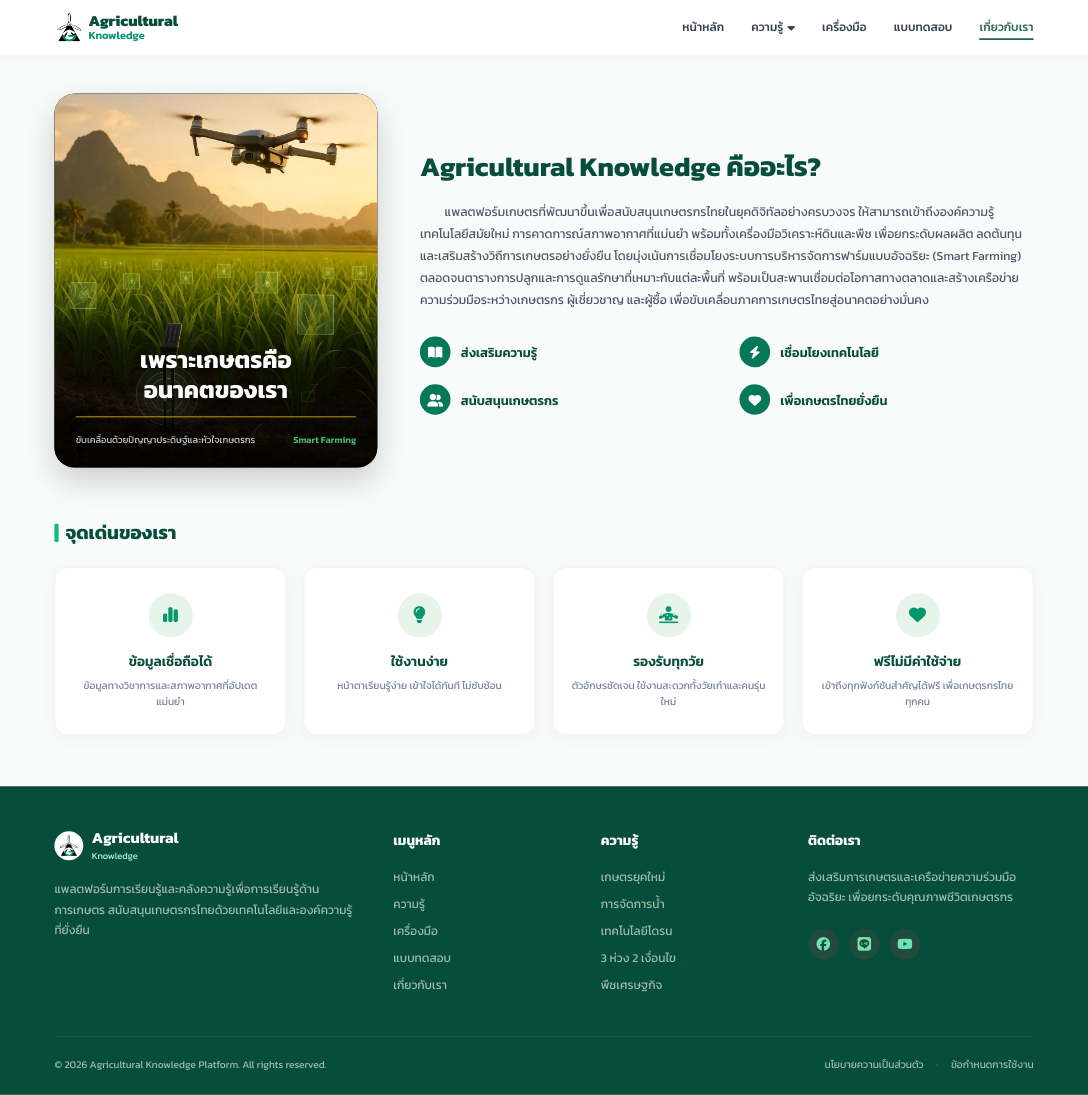
Repository: nuwat-wa/Project-WebdesignAG
Page: ag2.html
An editor plug-in stored every save of this project. The page is shown before and after the next save, followed by the edit.
The browser window is 1280 px wide. The pictures show the whole page, at 85% of full size.

Above is the page before, as saved 2026-10-03 21:48:36.

### ag2.html
<!doctype html>
<html lang="en">
  <head>
    <meta charset="UTF-8" />
    <meta name="viewport" content="width=device-width, initial-scale=1.0" />
    <title>Agricultural Knowledge</title>
    <link
      rel="stylesheet"
      href="https://cdnjs.cloudflare.com/ajax/libs/font-awesome/6.7.2/css/all.min.css"
    />
    <link rel="stylesheet" href="style/ag2.css" />
  </head>
  <body>
    <header class="header">
      <div class="logo">
        <div class="logo-icon">
          <img src="/img/icon.png" alt="icon">
        </div>
        <div class="brand-text">
          <h1 class="title">Agricultural</h1>
          <span class="subtitle">Knowledge</span>
        </div>
      </div>

      <input type="checkbox" id="menu-toggle" class="menu-toggle" />

      <label for="menu-toggle" class="hamburger">
        <span></span>
        <span></span>
        <span></span>
      </label>

      <nav class="nav-links">
        <a href="index.html">หน้าหลัก</a>

        <div class="dropdown-hover">
          <a href="#" class="dropdown-btn"
            >ความรู้ <i class="fa-solid fa-caret-down"></i
          ></a>

          <div class="menu-level1">
            <!-- มือใหม่ -->
            <div class="menu-item-has-children">
              <a href="#">มือใหม่ <i class="fa-solid fa-caret-right"></i></a>
              <div class="menu-level2">
                <a href="ag4.html">เกษตรสมัยใหม่</a>
                <a href="ag5.html">ปลูกข้าว</a>
                <a href="ag6.html">พืชสวน</a>
                <a href="ag7.html">พืชไร่</a>
                <a href="ag8.html">ปลูกผัก</a>
                <a href="ag9.html">การเตรียมดิน</a>
                <a href="#">การเลือกปุ๋ย</a>
                <a href="#">โรคศัตรูพืช</a>
              </div>
            </div>

            <!-- ผู้มีพื้นฐาน -->
            <div class="menu-item-has-children">
              <a href="#"
                >ผู้มีพื้นฐาน <i class="fa-solid fa-caret-right"></i
              ></a>
              <div class="menu-level2">
                <a href="#">เทคโนโลยีการเกษตร</a>
                <a href="#">การวางแผนการผลิต</a>
                <a href="#">AI / Big Data</a>
                <a href="ag10.html">ระบบน้ำอัจฉริยะ</a>
                <a href="#">การจัดการต้นทุน</a>
              </div>
            </div>

            <a href="ag3.html">หลักการพอเพียง</a>
            <a href="#">เรื่องเล่า</a>
            <a href="#">บทความ</a>
          </div>
        </div>

        <a href="#">เครื่องมือ</a>
        <a href="#">แบบทดสอบ</a>
        <a href="ag2.html" class="active">เกี่ยวกับเรา</a>
      </nav>
    </header>

    <div class="container">
      <section class="about-section">
        <!-- Left Poster/Card -->
        <div class="poster-card">
          <div class="poster-content">
            <div class="plant-illustration">
              <img src="img/ana.png" alt="เทคโนโลยีการเกษตร" />
            </div>

            <div class="poster-overlay"></div>

            <div class="poster-text">
              <h2 class="poster-title">
                เพราะเกษตรคือ<br />
                อนาคตของเรา
              </h2>

              <span class="poster-line"></span>

              <div class="poster-footer">
                <span class="sub-text">
                  ขับเคลื่อนด้วยปัญญาประดิษฐ์และหัวใจเกษตรกร
                </span>

                <span class="badge">Smart Farming</span>
              </div>
            </div>
          </div>
        </div>

        <!-- Right Content Info -->
        <div class="info-content">
          <h1 class="main-title">
            Agricultural Knowledge <span>คืออะไร?</span>
          </h1>
          <p class="description">
            แพลตฟอร์มเกษตรที่พัฒนาขึ้นเพื่อสนับสนุนเกษตรกรไทยในยุคดิจิทัลอย่างครบวงจร
            ให้สามารถเข้าถึงองค์ความรู้ เทคโนโลยีสมัยใหม่
            การคาดการณ์สภาพอากาศที่แม่นยำ พร้อมทั้งเครื่องมือวิเคราะห์ดินและพืช
            เพื่อยกระดับผลผลิต ลดต้นทุน และเสริมสร้างวิถีการเกษตรอย่างยั่งยืน
            โดยมุ่งเน้นการเชื่อมโยงระบบการบริหารจัดการฟาร์มแบบอัจฉริยะ (Smart
            Farming) ตลอดจนตารางการปลูกและการดูแลรักษาที่เหมาะกับแต่ละพื้นที่
            พร้อมเป็นสะพานเชื่อมต่อโอกาสทางตลาดและสร้างเครือข่ายความร่วมมือระหว่างเกษตรกร
            ผู้เชี่ยวชาญ และผู้ซื้อ
            เพื่อขับเคลื่อนภาคการเกษตรไทยสู่อนาคตอย่างมั่นคง
          </p>

          <!-- Feature List 2x2 Grid -->
          <div class="feature-grid">
            <div class="feature-item">
              <div class="icon-circle">
                <i class="fa-solid fa-book-open"></i>
              </div>
              <span>ส่งเสริมความรู้</span>
            </div>
            <div class="feature-item">
              <div class="icon-circle">
                <i class="fa-solid fa-bolt"></i>
              </div>
              <span>เชื่อมโยงเทคโนโลยี</span>
            </div>
            <div class="feature-item">
              <div class="icon-circle">
                <i class="fa-solid fa-user-group"></i>
              </div>
              <span>สนับสนุนเกษตรกร</span>
            </div>
            <div class="feature-item">
              <div class="icon-circle">
                <i class="fa-solid fa-heart"></i>
              </div>
              <span>เพื่อเกษตรไทยยั่งยืน</span>
            </div>
          </div>
        </div>
      </section>

      <section class="highlights-section">
        <h2 class="section-title">จุดเด่นของเรา</h2>

        <div class="cards-grid">
          <!-- Card 1 -->
          <div class="highlight-card">
            <div class="card-icon-bg">
              <i class="fa-solid fa-chart-simple"></i>
            </div>
            <h3>ข้อมูลเชื่อถือได้</h3>
            <p>ข้อมูลทางวิชาการและสภาพอากาศที่อัปเดตแม่นยำ</p>
          </div>

          <!-- Card 2 -->
          <div class="highlight-card">
            <div class="card-icon-bg">
              <i class="fa-solid fa-lightbulb"></i>
            </div>
            <h3>ใช้งานง่าย</h3>
            <p>หน้าตาเรียนรู้ง่าย เข้าใจได้ทันที ไม่ซับซ้อน</p>
          </div>

          <!-- Card 3 -->
          <div class="highlight-card">
            <div class="card-icon-bg">
              <i class="fa-solid fa-person-dots-from-line"></i>
            </div>
            <h3>รองรับทุกวัย</h3>
            <p>ตัวอักษรชัดเจน ใช้งานสะดวกทั้งวัยเก๋าและคนรุ่นใหม่</p>
          </div>

          <!-- Card 4 -->
          <div class="highlight-card">
            <div class="card-icon-bg">
              <i class="fa-solid fa-heart"></i>
            </div>
            <h3>ฟรีไม่มีค่าใช้จ่าย</h3>
            <p>เข้าถึงทุกฟังก์ชันสำคัญได้ฟรี เพื่อเกษตรกรไทยทุกคน</p>
          </div>
        </div>
      </section>
    </div>

    <footer class="site-footer">
      <div class="footer-top">
        <div class="footer-about">
          <div class="footer-logo">
            <span class="footer-logo-icon"><img src="img/icon.png" alt="icon"></span>

            <div>
              <strong>Agricultural</strong>
              <small>Knowledge</small>
            </div>
          </div>

          <p>
            แพลตฟอร์มการเรียนรู้และคลังความรู้เพื่อการเรียนรู้ด้านการเกษตร
            สนับสนุนเกษตรกรไทยด้วยเทคโนโลยีและองค์ความรู้ที่ยั่งยืน
          </p>
        </div>

        <div class="footer-column">
          <h3>เมนูหลัก</h3>

          <ul>
            <li><a href="home.html">หน้าหลัก</a></li>
            <li><a href="knowledge.html">ความรู้</a></li>
            <li><a href="tools.html">เครื่องมือ</a></li>
            <li><a href="quiz.html">แบบทดสอบ</a></li>
            <li><a href="about.html">เกี่ยวกับเรา</a></li>
          </ul>
        </div>

        <div class="footer-column">
          <h3>ความรู้</h3>

          <ul>
            <li><a href="modern-farming.html">เกษตรยุคใหม่</a></li>
            <li><a href="water.html">การจัดการน้ำ</a></li>
            <li><a href="drone.html">เทคโนโลยีโดรน</a></li>
            <li><a href="sufficiency.html">3 ห่วง 2 เงื่อนไข</a></li>
            <li><a href="crops.html">พืชเศรษฐกิจ</a></li>
          </ul>
        </div>

        <div class="footer-contact">
          <h3>ติดต่อเรา</h3>

          <p>
            ส่งเสริมการเกษตรและเครือข่ายความร่วมมืออัจฉริยะ
            เพื่อยกระดับคุณภาพชีวิตเกษตรกร
          </p>

          <div class="footer-social">
            <a href="#" aria-label="Facebook"><i class="fa-brands fa-facebook"></i></a>
            <a href="#" class="social-line" aria-label="LINE"><i class="fa-brands fa-line"></i></a>
            <a href="#" aria-label="YouTube"><i class="fa-brands fa-youtube"></i></a>
          </div>
        </div>
      </div>

      <div class="footer-bottom">
        <p>© 2026 Agricultural Knowledge Platform. All rights reserved.</p>

        <div class="footer-policy">
          <a href="privacy.html">นโยบายความเป็นส่วนตัว</a>
          <span>·</span>
          <a href="terms.html">ข้อกำหนดการใช้งาน</a>
        </div>
      </div>
    </footer>
  </body>
</html>

### style/ag2.css
@import url("https://fonts.googleapis.com/css2?family=Kanit:wght@300;400;500;600;700;800&display=swap");

* {
  margin: 0;
  padding: 0;
  box-sizing: border-box;
  font-family: "Kanit", sans-serif;
}

html {
  scroll-behavior: smooth;
  scrollbar-width: none;
}

html::-webkit-scrollbar {
  display: none;
}

body {
  background: #f8fbf9;
  color: #111827;
  overflow-x: hidden;
}

/* header */
.header {
  position: fixed;
  top: 0;
  left: 0;
  z-index: 1000;
  width: 100%;
  height: 65px;
  padding: 0 5%;
  background: #fff;
  display: flex;
  align-items: center;
  justify-content: space-between;
  box-shadow: 0 2px 10px rgba(0, 0, 0, 0.05);
}

.logo {
  display: flex;
  align-items: center;
  gap: 5px;
}

.logo-icon img {
  width: 35px;
  height: 35px;
  display: flex;
  align-items: center;
  justify-content: center;
}

.brand-text {
  display: flex;
  flex-direction: column;
}

.title {
  color: #064e3b;
  font-size: 18px;
  font-weight: 800;
  line-height: 0.95;
}

.subtitle {
  margin-top: 2px;
  color: #059669;
  font-size: 13px;
  font-weight: 600;
  line-height: 1.1;
}

/* nav */
.nav-links {
    display: grid;
    grid-template-columns: repeat(5, auto);
    align-items: center;
    justify-content: end;
    gap: 32px;
}

.nav-links > a,
.dropdown-btn {
    position: relative;
    display: inline-flex;
    align-items: center;
    justify-content: center;
    gap: 5px;
    margin: 0;
    padding: 4px 0;
    border: 0;
    background: none;
    color: #374151;
    text-decoration: none;
    font-family: "Kanit", sans-serif;
    font-size: 14px;
    font-weight: 500;
    white-space: nowrap;
    cursor: pointer;
    transition: color 0.2s;
}

.nav-links > a::after,
.dropdown-btn::after {
    content: "";
    position: absolute;
    left: 0;
    bottom: 0;
    width: 100%;
    height: 2px;
    background: #196738;
    transform: scaleX(0);
    transform-origin: center;
    transition: transform 0.2s ease;
}

.nav-links > a:hover,
.nav-links > a.active,
.dropdown-btn:hover {
    color: #2d6a4f;
}

.nav-links > a:hover::after,
.nav-links > a.active::after,
.dropdown-btn:hover::after {
    transform: scaleX(1);
}

/* dropdown */
.dropdown-hover {
  position: relative;
}

.menu-level1,
.menu-level2 {
  position: absolute;
  display: none;
  min-width: 180px;
  padding: 0;
  background: #fff;
  border-radius: 8px;
  box-shadow: 0 4px 12px rgba(0, 0, 0, 0.15);
}

.menu-level1 {
  top: 100%;
  left: 0;
  border-left: 4px solid #2d6a4f;
}

.menu-level2 {
  top: 0;
  left: 100%;
  border-left: 4px solid #28a745;
}

.dropdown-hover:hover > .menu-level1,
.menu-item-has-children:hover > .menu-level2 {
  display: block;
}

.menu-item-has-children {
  position: relative;
}

.menu-level1 a,
.menu-level2 a {
  width: 100%;
  margin: 0 !important;
  padding: 10px 20px !important;
  display: flex !important;
  align-items: center;
  justify-content: space-between;
  color: #333;
  text-decoration: none;
  border-radius: 8px;
}

.menu-level1 a:hover,
.menu-level2 a:hover {
  background: #f0f4f8;
  color: #2d6a4f;
}

/* mobile menu */
.menu-toggle {
  display: none;
}

.hamburger {
  display: none;
}

/* main container */
.container {
  width: 100%;
  max-width: none;
  margin: 0;
  padding: 110px 5% 60px;
}

/* about */
.about-section {
  display: flex;
  align-items: center;
  gap: 50px;
  margin-bottom: 60px;
}

.poster-card {
  width: 380px;
  height: 440px;
  flex-shrink: 0;
  position: relative;
  overflow: hidden;
  border-radius: 24px;
  background: #08140e;
  box-shadow: 0 15px 35px rgba(0, 0, 0, 0.18);
}

.poster-content {
  position: relative;
  width: 100%;
  height: 100%;
}

.plant-illustration {
  position: absolute;
  inset: 0;
  width: 100%;
  height: 100%;
  overflow: hidden;
}

.plant-illustration img {
  width: 100%;
  height: 100%;
  object-fit: cover;
  display: block;
}

.poster-overlay {
  position: absolute;
  inset: 0;
  background: linear-gradient(
    to bottom,
    rgba(0, 0, 0, 0) 35%,
    rgba(0, 0, 0, 0.15) 50%,
    rgba(0, 0, 0, 0.85) 100%
  );
  z-index: 1;
}

.poster-text {
  position: absolute;
  left: 25px;
  right: 25px;
  bottom: 25px;
  z-index: 2;
  text-align: center;
}

.poster-title {
  margin: 0;
  color: #fff;
  font-size: 28px;
  font-weight: 700;
  line-height: 1.25;
  text-shadow: 0 2px 5px rgba(0, 0, 0, 0.6);
}

.poster-line {
  display: block;
  width: 100%;
  height: 1px;
  margin: 14px auto 18px;
  background: #facc15;
  border-radius: 10px;
}

.poster-footer {
  display: flex;
  align-items: center;
  justify-content: space-between;
  color: #d1d5db;
  font-size: 11px;
}

.poster-footer .badge {
  color: #48bb78;
  font-weight: 600;
}

/* about information */
.info-content {
  flex: 1;
  min-width: 0;
}

.main-title {
  margin-bottom: 16px;
  color: #064e3b;
  font-size: 32px;
  font-weight: 700;
}

.main-title span {
  color: #064e3b;
}

.description {
  margin-bottom: 30px;
  color: #4a5568;
  font-size: 14.5px;
  line-height: 1.8;
  text-indent: 2em;
}

/* feature */
.feature-grid {
  display: grid;
  grid-template-columns: 1fr 1fr;
  gap: 20px 30px;
}

.feature-item {
  display: flex;
  align-items: center;
  gap: 12px;
  color: #064e3b;
  font-size: 15px;
  font-weight: 600;
}

.icon-circle {
  width: 36px;
  height: 36px;
  flex-shrink: 0;
  border-radius: 50%;
  background: #047857;
  color: #fff;
  display: flex;
  align-items: center;
  justify-content: center;
  font-size: 15px;
}

/* highlights */
.highlights-section {
  margin-top: 20px;
}

.section-title {
  display: flex;
  align-items: center;
  gap: 8px;
  margin-bottom: 24px;
  color: #064e3b;
  font-size: 22px;
  font-weight: 700;
}

.section-title::before {
  content: "";
  width: 5px;
  height: 22px;
  background: #10b981;
  border-radius: 4px;
}

.cards-grid {
  display: grid;
  grid-template-columns: repeat(4, 1fr);
  gap: 20px;
}

.highlight-card {
  padding: 30px 20px;
  background: #fff;
  border: 1px solid #edf2f7;
  border-radius: 16px;
  text-align: center;
  box-shadow: 0 4px 20px rgba(0, 0, 0, 0.04);
  transition: 0.2s;
}

.highlight-card:hover {
  transform: translateY(-5px);
  box-shadow: 0 8px 25px rgba(0, 0, 0, 0.08);
}

.card-icon-bg {
  width: 52px;
  height: 52px;
  margin: 0 auto 16px;
  border-radius: 50%;
  background: #e6f4ea;
  color: #059669;
  display: flex;
  align-items: center;
  justify-content: center;
  font-size: 20px;
}

.highlight-card h3 {
  margin-bottom: 8px;
  color: #064e3b;
  font-size: 16px;
  font-weight: 600;
}

.highlight-card p {
  color: #718096;
  font-size: 12px;
  line-height: 1.5;
}

/* footer */
.site-footer {
  width: 100%;
  padding: 50px 5% 25px;
  background: #064e3b;
  color: #a4bdb0;
  font-size: 14px;
  line-height: 1.7;
}

.site-footer a {
  color: #a4bdb0;
  text-decoration: none;
}

.site-footer a:hover {
  color: #65dfb0;
}

.footer-top,
.footer-bottom {
  width: 100%;
  max-width: none;
  margin: 0;
}

.footer-top {
  display: flex;
  justify-content: space-between;
  gap: 45px;
}

.footer-about {
  flex: 1.6;
  min-width: 0;
}

.footer-column {
  flex: 0.9;
  min-width: 0;
}

.footer-contact {
  flex: 1.2;
  min-width: 0;
}

.footer-logo {
  display: flex;
  align-items: center;
  gap: 10px;
  margin-bottom: 20px;
}

.footer-logo-icon {
  width: 34px;
  height: 34px;
  display: flex;
  align-items: center;
  justify-content: center;
  background: white;
  border-radius: 50%;
  font-size: 20px;
}

.footer-logo-icon img {
  width: 26px;
  height: 26px;
  display: flex;
  align-items: center;
  justify-content: center;
}

.footer-logo strong {
  display: block;
  color: white;
  font-size: 18px;
  line-height: 1.2;
}

.footer-logo small {
  display: block;
  color: #b3ffe1;
  font-size: 11px;
}

.site-footer h3 {
  margin-bottom: 18px;
  color: #fff;
  font-size: 16px;
}

.site-footer ul {
  padding: 0;
  list-style: none;
}

.site-footer li {
  margin-bottom: 8px;
}

.footer-social {
  display: flex;
  gap: 12px;
  margin-top: 25px;
}

.footer-social a {
  width: 36px;
  height: 36px;
  border-radius: 50%;
  background: #224b3b;
  color: #6ce4b6 !important;
  display: flex;
  align-items: center;
  justify-content: center;
  font-size: 16px;
}

.footer-social a:hover {
  background: #30634e;
}

.footer-bottom {
  display: flex;
  align-items: center;
  justify-content: space-between;
  gap: 20px;
  margin-top: 40px;
  padding-top: 22px;
  border-top: 1px solid #2b5140;
  font-size: 12px;
}

.footer-policy {
  display: flex;
  gap: 15px;
}

/* responsive */
@media (max-width: 768px) {
  /* header */
  .header {
    height: 60px;
    padding: 0 5%;
  }

  /* hamburger */
  .hamburger {
    width: 38px;
    height: 38px;
    display: flex;
    align-items: center;
    justify-content: center;
    flex-direction: column;
    gap: 5px;
    cursor: pointer;
  }

  .hamburger span {
    width: 22px;
    height: 2px;
    background: #064e3b;
    border-radius: 5px;
    transition: 0.25s;
  }

  .menu-toggle:checked + .hamburger span:nth-child(1) {
    transform: translateY(7px) rotate(45deg);
  }

  .menu-toggle:checked + .hamburger span:nth-child(2) {
    opacity: 0;
  }

  .menu-toggle:checked + .hamburger span:nth-child(3) {
    transform: translateY(-7px) rotate(-45deg);
  }

  /* navigation */
  .nav-links {
    position: absolute;
    top: 60px;
    left: 0;
    width: 100%;
    padding: 10px 5% 15px;
    background: #fff;
    display: none;
    flex-direction: column;
    align-items: stretch;
    gap: 0;
    box-shadow: 0 8px 20px rgba(0, 0, 0, 0.08);
  }

  .menu-toggle:checked ~ .nav-links {
    display: flex;
  }

  .nav-links > a {
    width: 100%;
    margin: 0 !important;
    padding: 12px 10px;
    border-bottom: 1px solid #eee;
  }

  .dropdown-hover {
    width: 100%;
  }

  .dropdown-hover > .dropdown-btn {
    width: 100%;
    margin: 0 !important;
    padding: 12px 10px;
    justify-content: space-between;
  }

  /* dropdown */
  .menu-level1,
  .menu-level2 {
    position: static;
    width: 100%;
    min-width: 0;
    border-radius: 0;
    box-shadow: none;
  }

  .menu-level1 {
    border-left: 3px solid #2d6a4f;
    background: #f8faf9;
  }

  .menu-level2 {
    border-left: 3px solid #28a745;
    background: #fff;
  }

  .dropdown-hover:hover > .menu-level1,
  .menu-item-has-children:hover > .menu-level2 {
    display: block;
  }

  /* main container */
  .container {
    padding: 90px 5% 45px;
  }

  /* about */
  .about-section {
    flex-direction: column;
    align-items: stretch;
    gap: 30px;
    margin-bottom: 45px;
  }

  .poster-card {
    width: 100%;
    height: 360px;
  }

  .poster-title {
    font-size: 24px;
  }

  /* about information */
  .main-title {
    font-size: 27px;
    margin-bottom: 16px;
  }

  .description {
    font-size: 13px;
    line-height: 1.7;
  }

  /* feature */
  .feature-grid {
    grid-template-columns: 1fr;
    gap: 15px;
  }

  .feature-item {
    font-size: 13px;
  }

  /* highlights */
  .section-title {
    font-size: 19px;
  }

  .cards-grid {
    grid-template-columns: 1fr 1fr;
    gap: 15px;
  }

  .highlight-card {
    padding: 24px 15px;
  }

  .highlight-card h3 {
    font-size: 15px;
  }

  .highlight-card p {
    font-size: 12px;
  }

  /* footer */
  .site-footer {
    padding: 35px 5% 20px;
    font-size: 12px;
  }

  .footer-top {
    flex-direction: column;
    gap: 25px;
  }

  .footer-about,
  .footer-column,
  .footer-contact {
    flex: none;
    width: 100%;
  }

  .footer-bottom {
    flex-direction: column;
    align-items: flex-start;
    margin-top: 28px;
    padding-top: 18px;
    font-size: 11px;
  }

  .footer-policy {
    flex-wrap: wrap;
  }
}

After the next save:
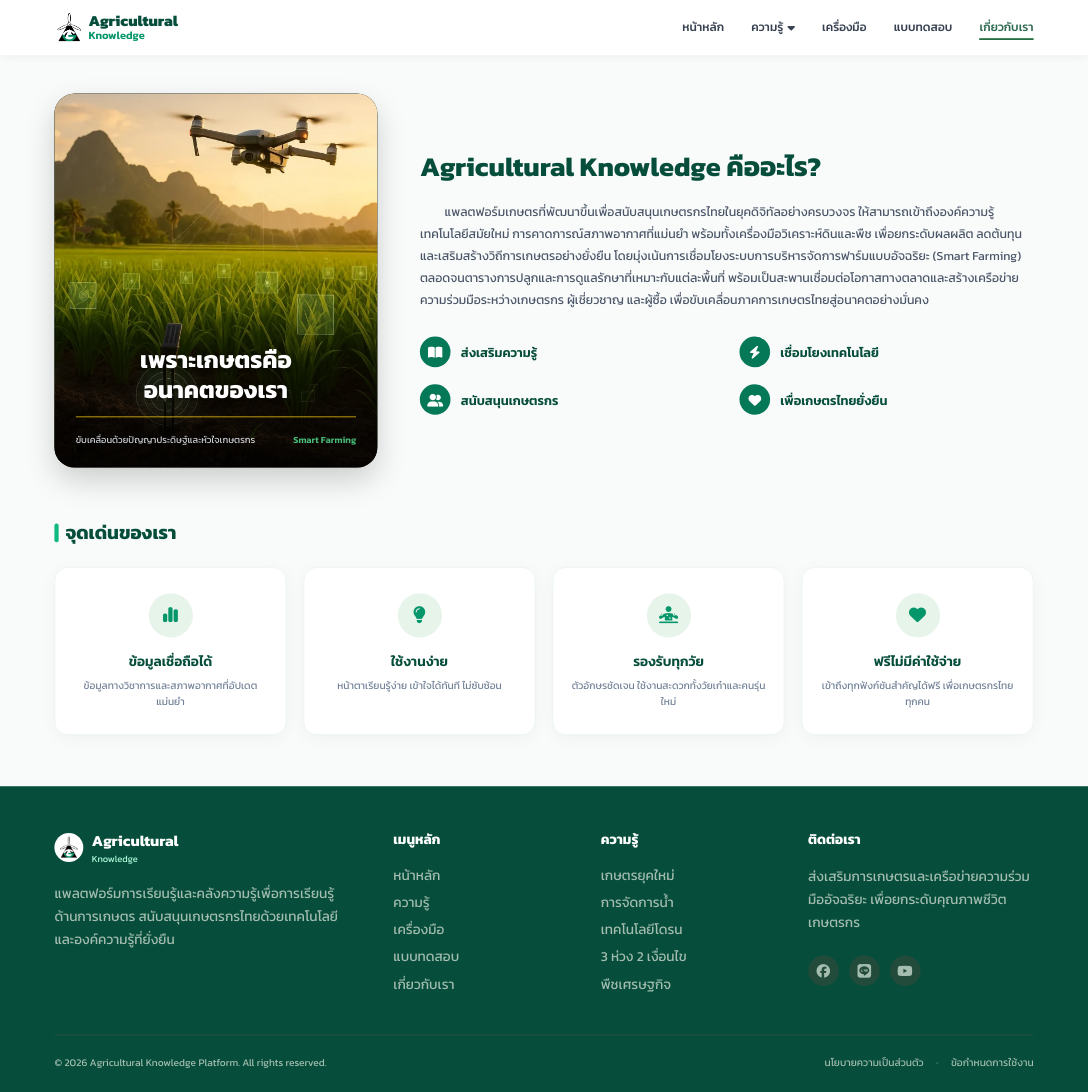
Saved 66 s later.
--- a/style/ag2.css
+++ b/style/ag2.css
@@ -423,45 +423,13 @@ body {
   padding: 50px 5% 25px;
   background: #064e3b;
   color: #a4bdb0;
-  font-size: 14px;
-  line-height: 1.7;
-}
-
-.site-footer a {
-  color: #a4bdb0;
-  text-decoration: none;
-}
-
-.site-footer a:hover {
-  color: #65dfb0;
-}
-
-.footer-top,
-.footer-bottom {
-  width: 100%;
-  max-width: none;
-  margin: 0;
 }
 
 .footer-top {
-  display: flex;
-  justify-content: space-between;
+  width: 100%;
+  display: grid;
+  grid-template-columns: 1.6fr 0.9fr 0.9fr 1.2fr;
   gap: 45px;
-}
-
-.footer-about {
-  flex: 1.6;
-  min-width: 0;
-}
-
-.footer-column {
-  flex: 0.9;
-  min-width: 0;
-}
-
-.footer-contact {
-  flex: 1.2;
-  min-width: 0;
 }
 
 .footer-logo {
@@ -490,15 +458,17 @@ body {
   justify-content: center;
 }
 
+.footer-logo strong,
+.footer-logo small {
+  display: block;
+}
+
 .footer-logo strong {
-  display: block;
   color: white;
   font-size: 18px;
-  line-height: 1.2;
 }
 
 .footer-logo small {
-  display: block;
   color: #b3ffe1;
   font-size: 11px;
 }
@@ -509,6 +479,11 @@ body {
   font-size: 16px;
 }
 
+.site-footer p {
+  margin: 0;
+  line-height: 1.7;
+}
+
 .site-footer ul {
   padding: 0;
   list-style: none;
@@ -518,6 +493,15 @@ body {
   margin-bottom: 8px;
 }
 
+.site-footer a {
+  color: #a4bdb0;
+  text-decoration: none;
+}
+
+.site-footer a:hover {
+  color: #65dfb0;
+}
+
 .footer-social {
   display: flex;
   gap: 12px;
@@ -527,27 +511,22 @@ body {
 .footer-social a {
   width: 36px;
   height: 36px;
+  background: #224b3b;
   border-radius: 50%;
-  background: #224b3b;
-  color: #6ce4b6 !important;
   display: flex;
   align-items: center;
   justify-content: center;
-  font-size: 16px;
-}
-
-.footer-social a:hover {
-  background: #30634e;
 }
 
 .footer-bottom {
-  display: flex;
-  align-items: center;
-  justify-content: space-between;
-  gap: 20px;
+  width: 100%;
   margin-top: 40px;
   padding-top: 22px;
   border-top: 1px solid #2b5140;
+  display: flex;
+  align-items: center;
+  justify-content: space-between;
+  gap: 20px;
   font-size: 12px;
 }
 
